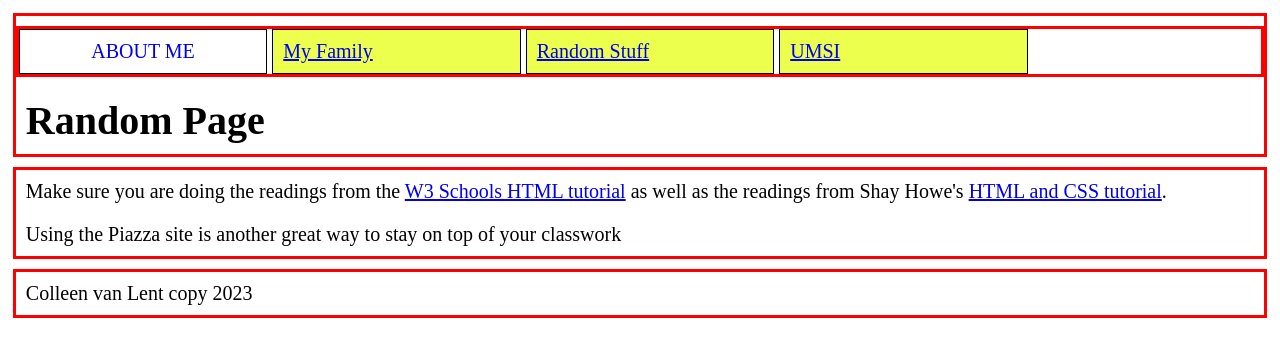
Repository: lulyany/hw1-2023
Page: random.html
An editor plug-in stored every save of this project. The page is shown before and after a run of saves, followed by the edit.
The browser window is 1280 px wide. The pictures show the whole page.

Above is the page before, as saved 2023-09-04 21:31:29.

After the next 2 saves:
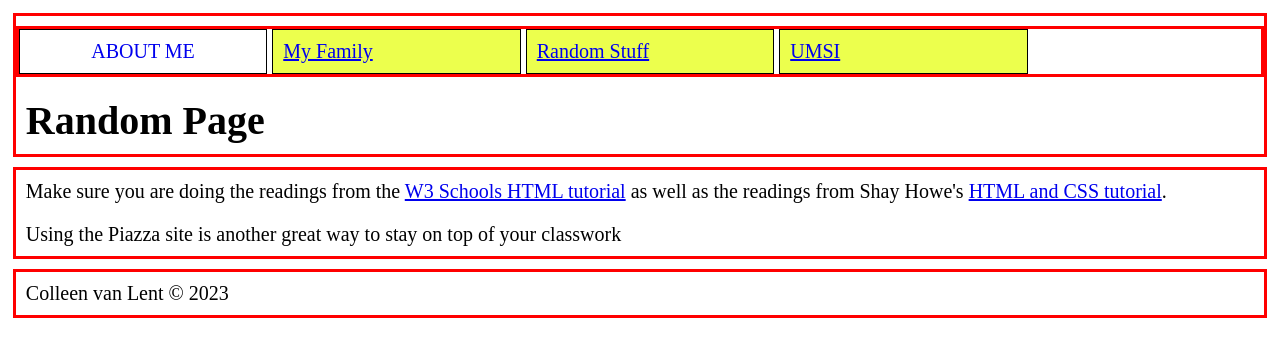
The 2 saves are shown as one change because they came seconds apart.
The last was saved 9 min 34 s later.
--- a/random.html
+++ b/random.html
@@ -36,7 +36,7 @@
 
 	<!-- footer -->
 	<footer>
-		<p>Colleen van Lent copy 2023</p>
+		<p>Colleen van Lent &copy; 2023</p>
 	</footer>
 </body>
 </html>
